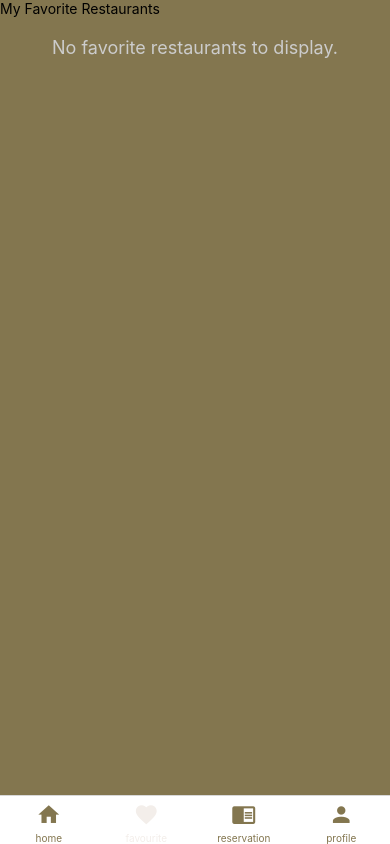
Repository: TemoshoS/restaurant-app
Screen: /favourite
The author's editor kept a copy of each file at every save. The screen is drawn from the files as they stood at one save, then again after the next save.
The page's requests for data from a server got no answer. The app was drawn by React Native's web renderer in a window 390 px wide. The project was rebuilt for these pictures with package versions that can differ from the ones it lists, and the page was loaded fresh each time. No one was signed in, and anything a server would have sent is missing. Also part of the build but not shown: Screens/LoginScreen.js, Screens/HomeScreen.js, Screens/RegisterScreen.js, Screens/RestaurantDetailsScreen.js, Screens/MenuScreen.js, Screens/ReservationScreen.js, Screens/PastReserevationScreen.js, Screens/ProfileScreen.js and 2 more.

Above is the screen before, as saved 2023-12-22 15:33:30.

After the next save:
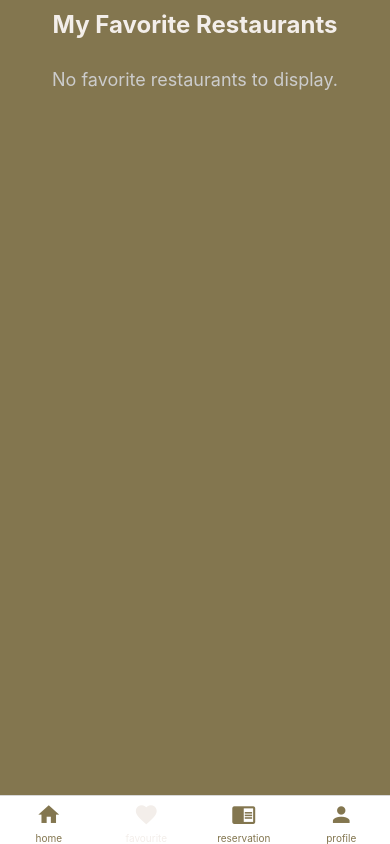
Saved 51 s later.
--- a/Screens/FavoriteRestaurantScreen.js
+++ b/Screens/FavoriteRestaurantScreen.js
@@ -28,7 +28,7 @@ const FavoriteRestaurantScreen = ({ favRestaurants, fetchFavouriteRestaurants })
 
   return (
     <ScrollView style={styles.container}>
-      <Text>My Favorite Restaurants</Text>
+      <Text style={styles.header}>My Favorite Restaurants</Text>
       {filteredRestaurants.length === 0 ? (
         <Text style={styles.emptyMessage}>No favorite restaurants to display.</Text>
       ) : (
@@ -54,6 +54,13 @@ const styles = StyleSheet.create({
   container: {
     flex: 1,
     backgroundColor: '#83764F',
+  },
+  header: {
+    fontSize: 24,
+    fontWeight: 'bold',
+    color: '#F3EEEA',
+    textAlign: 'center',
+    marginVertical: 10,
   },
   restaurantCard: {
     backgroundColor: '#F3EEEA',
